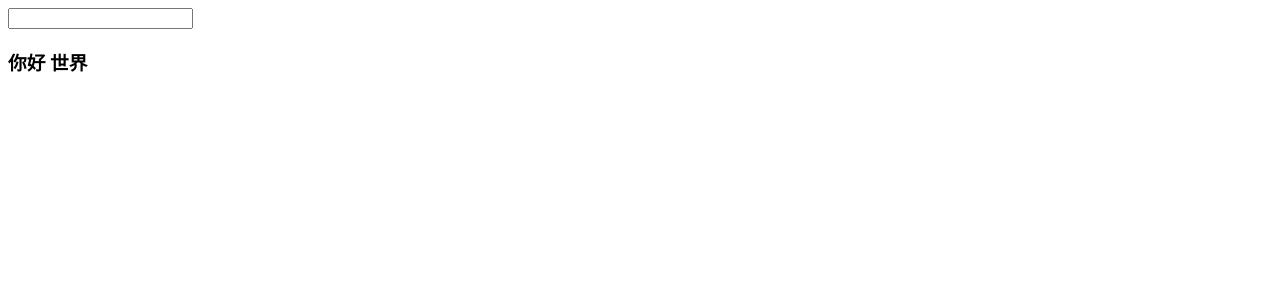
Repository: 1404413577/jsdemo
Page: /res (app in vue-demo/myweb3/)
These files come from the project's save history. The page is drawn as it stood at one moment and after the next save; the edit follows.
The browser window is 1280 px wide. The pictures show the whole page.
The project was rebuilt for these pictures with package versions that can differ from the ones it lists, and the page was loaded fresh each time. Also part of the build but not shown: vue-demo/myweb3/vue.config.js.

Above is the page before, as saved 2022-11-25 13:43:16.

### vue-demo/myweb3/src/App.vue
<template>
  <router-view/>
</template>

<script>

</script>
<style lang="less">

</style>

### vue-demo/myweb3/src/router/index.js
import { createRouter, createWebHistory } from 'vue-router'

const routes = [
  {
    path: "/home",
    component: 'home',
    component: () => import('../views/Home.vue')
},
  {
    path: '/onclick',
    name: 'onclick',
    component: () => import('../views/OnClick.vue')
  },
  {
    path: '/res',
    name: 'res',
    component: () => import('../views/res.vue')

  }
]

const router = createRouter({
  history: createWebHistory(process.env.BASE_URL),
  routes
})

export default router

### vue-demo/myweb3/src/views/res.vue
<template>
  <div>
    <Demo />
  </div>
</template>

<script>
import Demo  from "@/components/vue2/demo.vue"
export default {
  components:{
        Demo
    }

}
</script>

<style>

</style>

### vue-demo/myweb3/src/components/vue2/demo.vue
<template>
    <div>
       <input type="text" v-model="onbind">
       <h3>{{msg}}</h3>
    </div>
</template>

<script>

export default {
    data(){
        return{
            msg:"你好 世界"
        }
    }


};
</script>

<style></style>

Loaded but not shown: vue-demo/myweb3/public/index.html (common file); vue-demo/myweb3/src/main.js (common file); vue-demo/myweb3/src/store/index.js (common file)

After the next save:
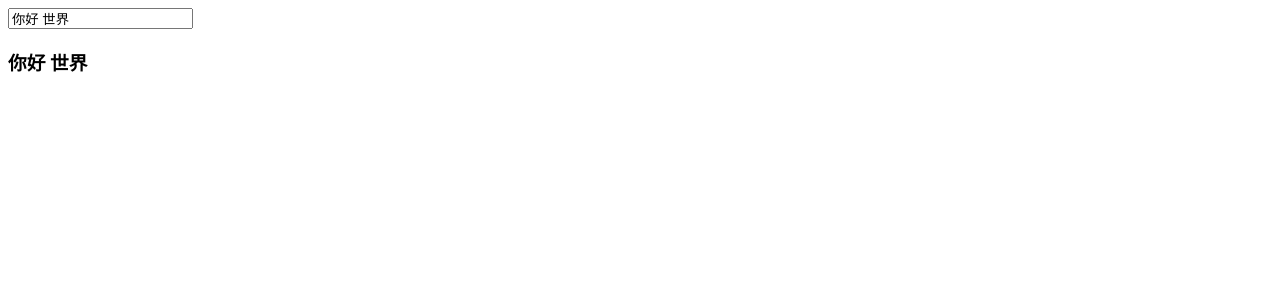
Saved 78 s later.
--- a/vue-demo/myweb3/src/components/vue2/demo.vue
+++ b/vue-demo/myweb3/src/components/vue2/demo.vue
@@ -1,6 +1,6 @@
 <template>
     <div>
-       <input type="text" v-model="onbind">
+       <input type="text" v-model="msg">
        <h3>{{msg}}</h3>
     </div>
 </template>
